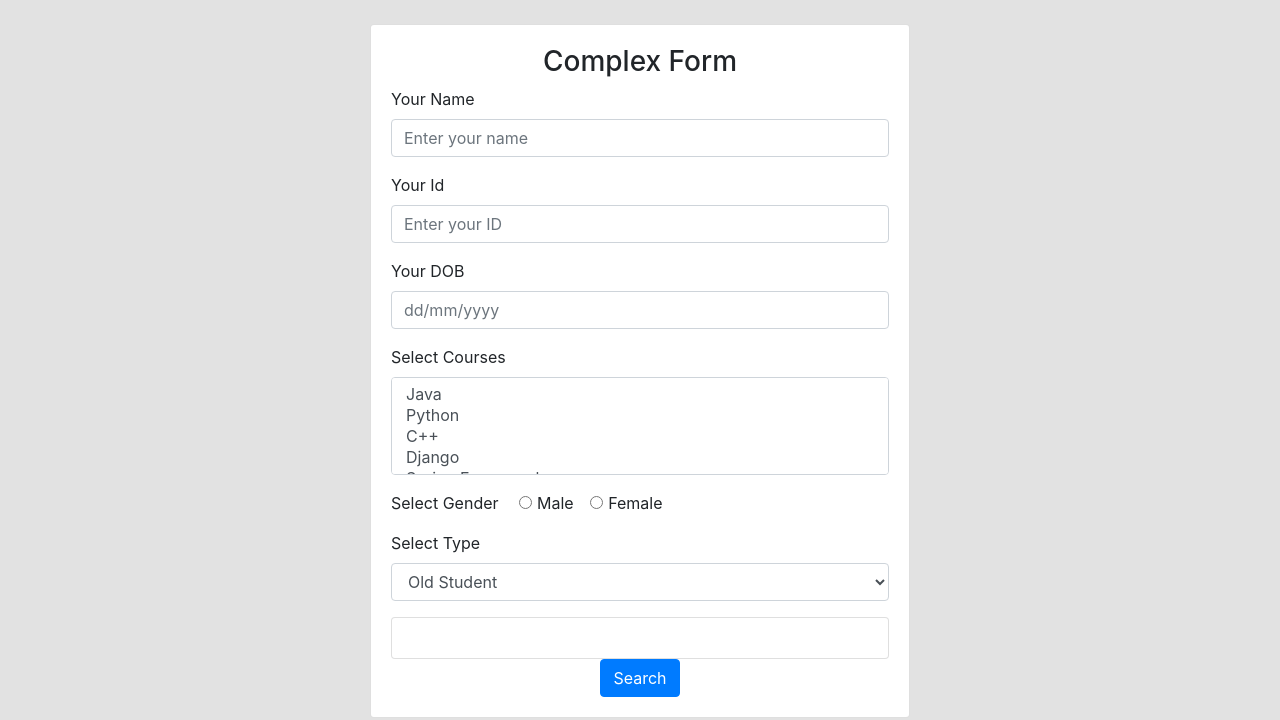
Repository: GovindParve/spring_mvc_maven_search_project
Page: http://localhost/springmvcsearch/complex
These files come from the project's save history. The page is drawn as it stood at one moment and after the next save; the edit follows.
The browser window is 1280 px wide. The pictures show the whole page.
Some web libraries are served in a nearby version. The page is served by Tomcat 9. Other server files are loaded and not shown.

Above is the page before, as saved 2023-06-18 10:04:11.

### springmvcsearch/src/main/webapp/WEB-INF/spring-servlet.xml
<?xml version="1.0" encoding="UTF-8"?>

<!-- Configuration file -->

<beans xmlns="http://www.springframework.org/schema/beans"
	xmlns:xsi="http://www.w3.org/2001/XMLSchema-instance"
	xmlns:context="http://www.springframework.org/schema/context"
	xmlns:p="http://www.springframework.org/schema/p"
	xmlns:tx="http://www.springframework.org/schema/tx"
    xsi:schemaLocation="
        http://www.springframework.org/schema/beans
        http://www.springframework.org/schema/beans/spring-beans.xsd
        http://www.springframework.org/schema/context
        http://www.springframework.org/schema/context/spring-context.xsd
        http://www.springframework.org/schema/tx
        http://www.springframework.org/schema/tx/spring-tx.xsd
        ">


	<context:component-scan base-package="springmvcsearch"></context:component-scan>


	<bean
		 class="org.springframework.web.servlet.view.InternalResourceViewResolver"
		 name="viewResolver">
		<property name="prefix" value="/WEB-INF/views/" />
		<property name="suffix" value=".jsp" />

	</bean>



</beans>

### springmvcsearch/src/main/webapp/WEB-INF/views/complex_form.jsp
<!doctype html>
<html lang="en">
  <head>
    <!-- Required meta tags -->
    <meta charset="utf-8">
    <meta name="viewport" content="width=device-width, initial-scale=1, shrink-to-fit=no">

    <!-- Bootstrap CSS -->
    <link rel="stylesheet"
    	 href="https://cdn.jsdelivr.net/npm/bootstrap@4.0.0/dist/css/bootstrap.min.css"
    	 integrity="sha384-Gn5384xqQ1aoWXA+058RXPxPg6fy4IWvTNh0E263XmFcJlSAwiGgFAW/dAiS6JXm"
    	 crossorigin="anonymous">

    <title>Hello, world!</title>
  </head>
  <body class="" style="background: #e2e2e2;">
    <div class="container mt-4">
    	<div class="row">
    		<div class="col-md-6 offset-md-3">
    			<div class="card">
    				<div class="card-body">
    					<h3 class="text-center">Complex Form</h3>
    					<form action="handleform" method="post">
    						<div class="form-group">
    							<label for="name">Your Name</label>
    							<input type="text" id="name" name="name" placeholder="Enter your name" class="form-control" >
    						</div>
    						<div class="form-group">
    							<label for="id">Your Id</label>
    							<input type="text" id="id" name="id" placeholder="Enter your ID" class="form-control" >
    						</div>
    						<div class="form-group">
    							<label for="dob">Your DOB</label>
    							<input type="text" id="dob" name="dob" placeholder="dd/mm/yyyy" class="form-control" >
    						</div>
    						<div class="form-group">
    							<label for="selectCourses">Select Courses</label>
    							<select id="courses" name="courses" class="form-control" multiple="multiple">
    								<option>Java</option>
    								<option>Python</option>
    								<option>C++</option>
    								<option>Django</option>
    								<option>Spring Framework</option>
    							</select>
    						</div>
    						<div class="form-group">
    							<span class="mr-3">Select Gender</span>
    							<div class="form-check form-check-inline">
    								<input class="form-check-input" type="radio" id="inlineRadio1" name="gender" value="male">
    								<label class="form-check-label" for="inlineRadio1">Male</label>
    							</div>
    							<div class="form-check form-check-inline">
    								<input class="form-check-input" type="radio" id="inlineRadio2" name="gender" value="female">
    								<label class="form-check-label" for="inlineRadio2">Female</label>
    							</div>
    						</div>
    						<div class="form-group">
    							<label for="">Select Type</label>
    							<select id="type" name="type" class="form-control">
    								<option value="oldstudent">Old Student</option>
    								<option value="normalstudent">Normal Student</option>
    							</select>
    						</div>
    						<div class="card">
    							<div class="card-body">
    							</div>
    						</div>
    						<div class="container text-center">
    							<button type="submit" class="btn btn-primary">Search</button>
    						</div>
    					</form>
    				</div>
    			</div>
    		</div>
    	</div>
    </div>

    <!-- Optional JavaScript -->
    <!-- jQuery first, then Popper.js, then Bootstrap JS -->
    <script src="https://code.jquery.com/jquery-3.2.1.slim.min.js" integrity="sha384-KJ3o2DKtIkvYIK3UENzmM7KCkRr/rE9/Qpg6aAZGJwFDMVNA/GpGFF93hXpG5KkN" crossorigin="anonymous"></script>
    <script src="https://cdn.jsdelivr.net/npm/popper.js@1.12.9/dist/umd/popper.min.js" integrity="sha384-ApNbgh9B+Y1QKtv3Rn7W3mgPxhU9K/ScQsAP7hUibX39j7fakFPskvXusvfa0b4Q" crossorigin="anonymous"></script>
    <script src="https://cdn.jsdelivr.net/npm/bootstrap@4.0.0/dist/js/bootstrap.min.js" integrity="sha384-JZR6Spejh4U02d8jOt6vLEHfe/JQGiRRSQQxSfFWpi1MquVdAyjUar5+76PVCmYl" crossorigin="anonymous"></script>
  </body>
</html>

### springmvcsearch/src/main/java/springmvcsearch/FormControler.java
package springmvcsearch;

import org.springframework.stereotype.Controller;
import org.springframework.ui.Model;
import org.springframework.web.bind.annotation.ModelAttribute;
import org.springframework.web.bind.annotation.RequestMapping;
import org.springframework.web.bind.annotation.RequestMethod;
import org.springframework.web.bind.annotation.RequestParam;

@Controller
public class FormControler {

	@RequestMapping("/complex")
	public String showForm() {
		return "complex_form";
	}


	@RequestMapping(path="/handleform", method = RequestMethod.POST)
	public String formHandler(@ModelAttribute("student") Student student) {
		System.out.println(student);
		return "success";
	}

	@RequestMapping("/success")
	public String success() {
		return "success";
	}




}

### springmvcsearch/src/main/java/springmvcsearch/SearchController.java
package springmvcsearch;

import org.springframework.stereotype.Controller;
import org.springframework.web.bind.annotation.RequestMapping;
import org.springframework.web.bind.annotation.RequestParam;
import org.springframework.web.servlet.view.RedirectView;

@Controller
public class SearchController {


	@RequestMapping("/home")
	public String home()
	{
		System.out.println("going to home");
		return "home";
	}


	@RequestMapping("/search")
	public RedirectView search(@RequestParam("querybox") String query) {


		RedirectView redirectView = new RedirectView();

		if(query.isEmpty()) {
			System.out.println("Query is empty");
			redirectView.setUrl("home");
			return redirectView;
		}

		String url = "https://www.google.com/search?q="+query;


		redirectView.setUrl(url);

		return redirectView;

	}

}

### springmvcsearch/src/main/java/springmvcsearch/Student.java
package springmvcsearch;

import java.util.Date;
import java.util.List;

import org.springframework.format.annotation.DateTimeFormat;

public class Student {

	private String name;
	private Long id;
	@DateTimeFormat(pattern="dd/MM/yyy")
	private Date dob;
	private List<String> courses;
	private String gender;
	private String type;

	private Address address;

	public String getName() {
		return name;
	}
	public void setName(String name) {
		this.name = name;
	}
	public Long getId() {
		return id;
	}
	public void setId(Long id) {
		this.id = id;
	}
	public Date getDob() {
		return dob;
	}
	public void setDob(Date dob) {
		this.dob = dob;
	}
	public List<String> getCourses() {
		return courses;
	}
	public void setCourses(List<String> courses) {
		this.courses = courses;
	}
	public String getGender() {
		return gender;
	}
	public void setGender(String gender) {
		this.gender = gender;
	}
	public String getType() {
		return type;
	}
	public void setType(String type) {
		this.type = type;
	}
	@Override
	public String toString() {
		return "Student [name=" + name + ", id=" + id + ", dob=" + dob + ", courses=" + courses + ", gender=" + gender
				+ ", type=" + type + "]";
	}

}

After the next save:
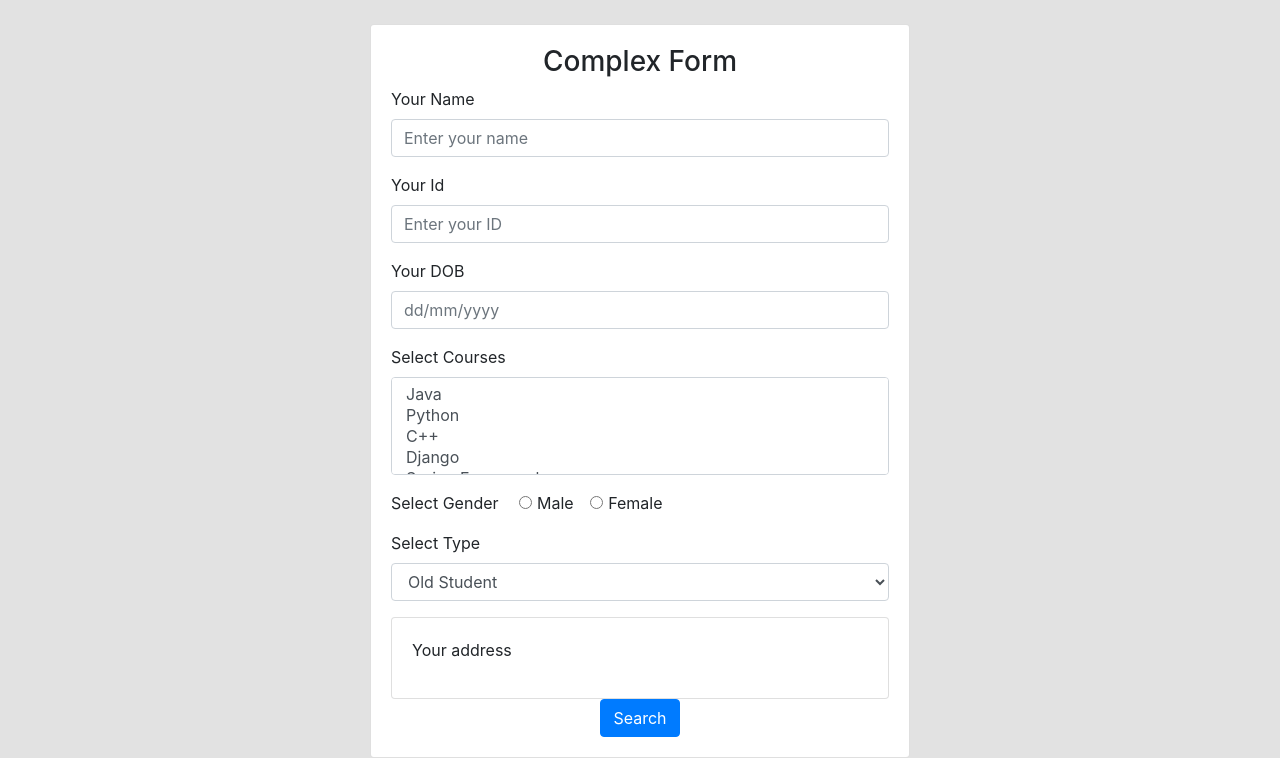
Saved 21 s later.
--- a/springmvcsearch/src/main/webapp/WEB-INF/views/complex_form.jsp
+++ b/springmvcsearch/src/main/webapp/WEB-INF/views/complex_form.jsp
@@ -63,6 +63,7 @@
     						</div>
     						<div class="card">
     							<div class="card-body">
+    							<p>Your address</p>
     							</div>
     						</div>
     						<div class="container text-center">
